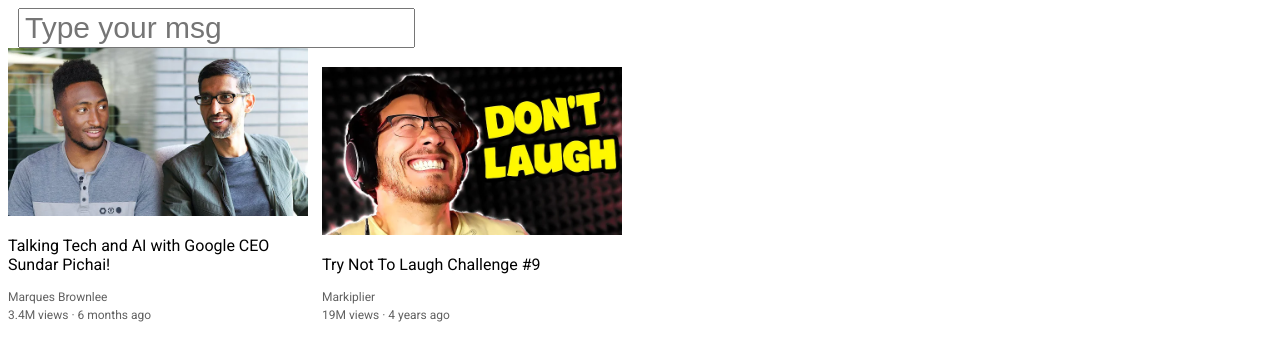
Repository: RagulRanjeeth/Frontend
Page: CloneYoutube/index.html
These files come from the project's save history. The page is drawn as it stood at one moment and after the next save; the edit follows.
The browser window is 1280 px wide. The pictures show the whole page.

Above is the page before, as saved 2026-01-23 12:27:39.

### CloneYoutube/index.html
<!DOCTYPE html>
<html>
    <head><title>Youtube Clone</title>
    <link rel="stylesheet" href="Styles.css"></head>
    <link rel="preconnect" href="https://fonts.googleapis.com">
    <link rel="preconnect" href="https://fonts.gstatic.com" crossorigin>
    <link href="https://fonts.googleapis.com/css2?family=Montserrat:ital,wght@0,100..900;1,100..900&family=Roboto:ital,wght@0,100..900;1,100..900&display=swap" rel="stylesheet">
    <body>
        <input class="SearchDashbar" type="text" placeholder="Type your msg">



        <div class="Container">
            <img class="Thumbnails" src="Thumbnails/thumbnail-1.webp">

        <p class="VideoHeading">
        Talking Tech and AI with Google CEO Sundar Pichai!
        </p>

        <p class="VideoAuthor">
            Marques Brownlee
        </p>

        <p class="VideoStats">
            3.4M views &#183 6 months ago
        </p>
        </div>

        <div class="Container">
            <img class="Thumbnails" src="Thumbnails/thumbnail-2.webp">

        <p class="VideoHeading">
        Try Not To Laugh Challenge #9
        </p>

        <p class="VideoAuthor">
        Markiplier
        </p>

        <p class="VideoStats">
            19M views &#183  4 years ago
        </p>
        </div>







    </body>
</html>

### CloneYoutube/Styles.css
.Thumbnails{
    width: 300px;
    /* height:300px;
    object-fit: contain;
    object-position:center;
    border-width: 2px;
    border-style:solid; */
}

.SearchDashbar{
    font-family: Arial;
    font-size: 30px;
    display: block;
    margin-left: 10px;
    padding-left: 5px;

}

.VideoHeading{
    font-family: Roboto, Arial, sans-serif;
    color: rgb(0, 0, 0);
    width: 280px;

}

.VideoAuthor, .VideoStats{
    font-family: Roboto, Arial, sans-serif;
    font-size: 12px;
    color: rgb(96, 96, 96);
    margin-bottom: 0px;
}

 .VideoStats{
    margin-top: 4px;
 }

 .Container{
    display: inline-block;
    width: 300px;
    margin-right: 10px;
    vertical-align: bottom;
 }

After the next save:
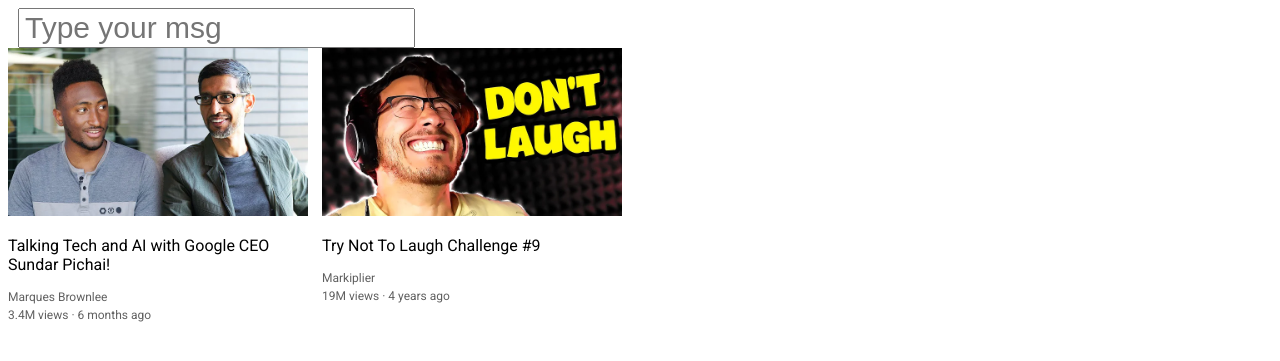
Saved 16 s later.
--- a/CloneYoutube/Styles.css
+++ b/CloneYoutube/Styles.css
@@ -38,5 +38,5 @@
     display: inline-block;
     width: 300px;
     margin-right: 10px;
-    vertical-align: bottom;
+    vertical-align: top;
  }

After the save that followed:
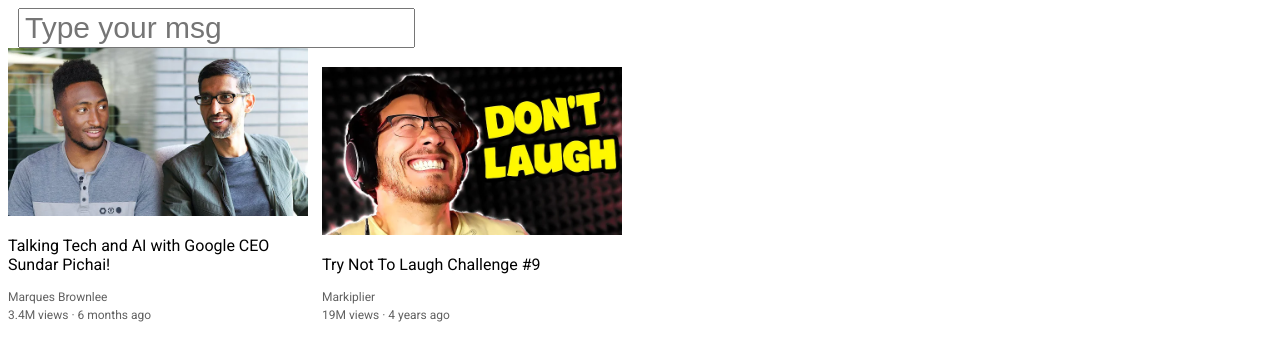
Saved 11 s later.
--- a/CloneYoutube/Styles.css
+++ b/CloneYoutube/Styles.css
@@ -38,5 +38,5 @@
     display: inline-block;
     width: 300px;
     margin-right: 10px;
-    vertical-align: top;
+    vertical-align: left;
  }
